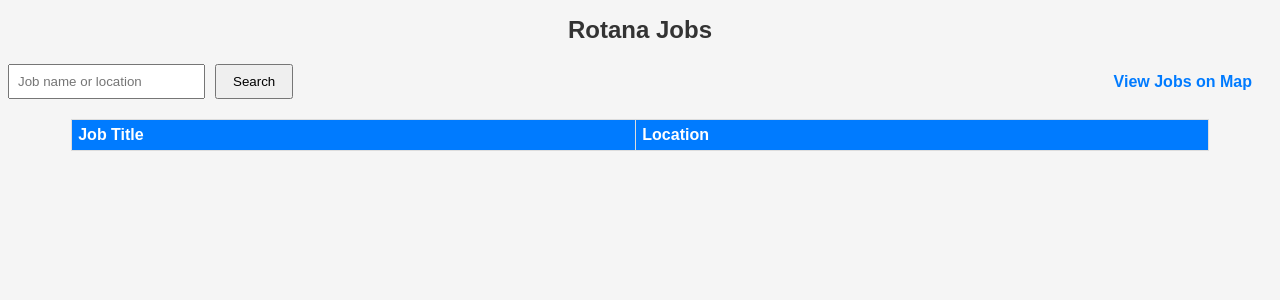
Repository: Reham28/RotanaJobs
Page: public/index.html
The author's editor kept a copy of each file at every save. The page is drawn from the files as they stood at one save, then again after the next save.
The browser window is 1280 px wide. The pictures show the whole page.
The page's requests for data from a server got no answer.

Above is the page before, as saved 2023-09-16 23:22:41.

### public/index.html
<!DOCTYPE html>
<html lang="en">
<head>
  <meta charset="UTF-8">
  <meta name="viewport" content="width=device-width, initial-scale=1.0">
  <title>Rotana Jobs and location</title>
  <link rel="stylesheet" href="style.css">
</head>
<body>
  <h1>Rotana Jobs  </h1>
  <div class="top-bar">
    <div class="search">
      <input type="text" id="searchInput" placeholder="Job name or location ">
      <button onclick="searchJobs()">Search</button>
    </div>

    <div class="nav-link">
      <a href="map.html">View Jobs on Map</a>
    </div>
  </div>


  <table id="jobTable">
    <thead>
      <tr>
        <th>Job Title</th>
        <th>Location</th>
      </tr>
    </thead>
    <tbody></tbody>
  </table>

  <script src="app.js"></script>
</body>
</html>

### public/style.css
body {
    font-family: Arial, sans-serif;
  }

  h1 {
    text-align: center;
  }

  table {
    border-collapse: collapse;
    width: 50%;
    margin: 0 auto;
  }

  th, td {
    border: 1px solid #ddd;
    padding: 8px;
    text-align: left;
  }

  tr:nth-child(even) {
    background-color: #f2f2f2;
  }

  #map {
    height: 500px;
    width: 80%;
    margin: 0 auto;
  }

  body {
    font-family: Arial, sans-serif;
    background-color: #f5f5f5;
  }

  .container {
    background-color: #fff;
    border-radius: 10px;
    box-shadow: 0 0 20px rgba(0, 0, 0, 0.1);
    padding: 10px;
    max-width: 800px;
    margin: 10px auto;
  }

  h1 {
    text-align: center;
    font-size: 24px;
    color: #333;
  }

  table {
    width: 90%;
    border-collapse: collapse;
    margin-top: 20px;
    background-color: #f9f9f9;
    border-radius: 8px;
  }

  th, td {
    padding: 6px 6px;
    text-align: left;
  }

  th {
    background-color: #007bff;
    color: #fff;
  }

  tr:nth-child(even) {
    background-color: #f3f0f0;
  }

  tr:hover {
    background-color: #ddd;
  }
  /**/
  .top-bar {
    display: flex;
    justify-content: flex-end; /* Aligns items to the right */
    align-items: center;
    margin-top: 20px;
    margin-right: 20px;
  }

  .nav-link {
    margin-left: auto; /* Pushes the link to the right */
  }

  .nav-link a {
    text-decoration: none;
    font-weight: bold;
    font-size: 16px;
    color: #007bff;
  }

  .nav-link a:hover {
    color: #0056b3;
  }



  .search {
    display: flex;
    align-items: center;
  }

  .search input {
    padding: 8px;
    margin-right: 10px;
  }

  .search button {
    padding: 8px 16px;
  }

### public/app.js
document.addEventListener('DOMContentLoaded', () => {
    const jobTable = document.getElementById('jobTable').getElementsByTagName('tbody')[0];

    fetch('/jobs')
      .then(response => response.json())
      .then(data => {
        data.forEach(job => {
          const row = jobTable.insertRow();
          const titleCell = row.insertCell(0);
          const locationCell = row.insertCell(1);
          const desCell = row.insertCell(2);

          titleCell.innerText = job.title;
          locationCell.innerText = job.location;
          desCell.innerText=job.descreption;
          console.log( job.title , job.location,job.descreption)
        });
      })
      .catch(error => console.error('Error:', error));
  });
  function searchJobs() {
    const searchValue = document.getElementById('searchInput').value.toLowerCase();
    const jobTable = document.getElementById('jobTable').getElementsByTagName('tbody')[0];
    const rows = jobTable.getElementsByTagName('tr');

    for (let i = 0; i < rows.length; i++) {
      const title = rows[i].getElementsByTagName('td')[0].innerText.toLowerCase();
      const location = rows[i].getElementsByTagName('td')[1].innerText.toLowerCase();

      if (title.includes(searchValue) || location.includes(searchValue)) {
        rows[i].style.display = '';
      } else {
        rows[i].style.display = 'none';
      }
    }
  }

After the next save:
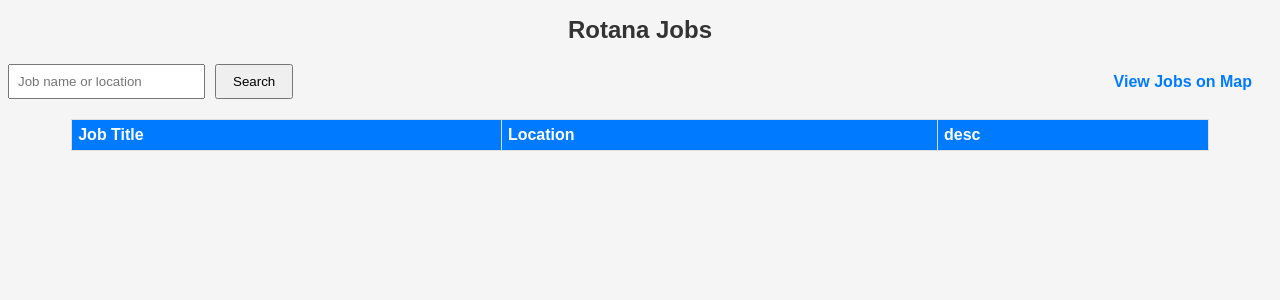
Saved 30 s later.
--- a/public/index.html
+++ b/public/index.html
@@ -25,6 +25,7 @@
       <tr>
         <th>Job Title</th>
         <th>Location</th>
+        <th>desc</th>
       </tr>
     </thead>
     <tbody></tbody>
